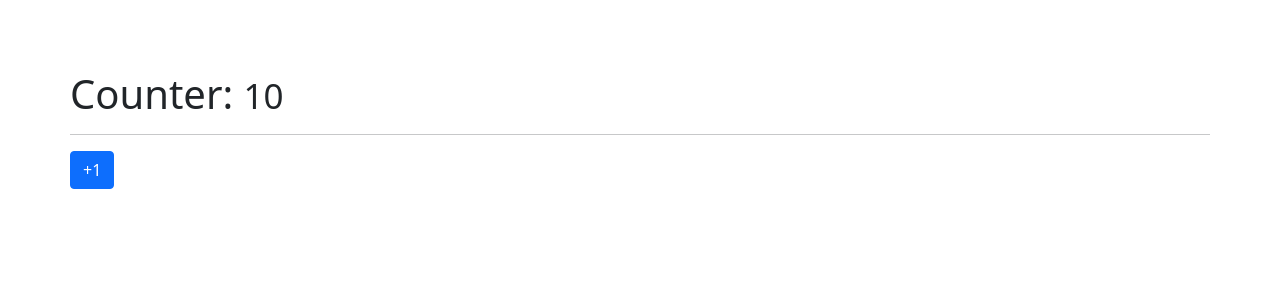
Repository: FlamesAlejandro/practicaReact
Page: /
An editor plug-in stored every save of this project. The page is shown before and after a run of saves, followed by the edit.
The browser window is 1280 px wide. The pictures show the whole page.
The project was rebuilt for these pictures with package versions that can differ from the ones it lists, and the page was loaded fresh each time.

Above is the page before, as saved 2021-06-02 20:49:54.

### public/index.html
<!DOCTYPE html>
<html lang="en">
  <head>
    <meta charset="utf-8" />
    <link rel="icon" href="%PUBLIC_URL%/favicon.ico" />
    <meta name="viewport" content="width=device-width, initial-scale=1" />
    <meta name="theme-color" content="#000000" />
    <meta
      name="description"
      content="Web site created using create-react-app"
    />

    <!--
      manifest.json provides metadata used when your web app is installed on a
      user's mobile device or desktop. See https://developers.google.com/web/fundamentals/web-app-manifest/
    -->
    <link rel="manifest" href="%PUBLIC_URL%/manifest.json" />
    <!--
      Notice the use of %PUBLIC_URL% in the tags above.
      It will be replaced with the URL of the `public` folder during the build.
      Only files inside the `public` folder can be referenced from the HTML.

      Unlike "/favicon.ico" or "favicon.ico", "%PUBLIC_URL%/favicon.ico" will
      work correctly both with client-side routing and a non-root public URL.
      Learn how to configure a non-root public URL by running `npm run build`.
    -->
       <!-- CSS only -->
<link href="https://cdn.jsdelivr.net/npm/bootstrap@5.0.1/dist/css/bootstrap.min.css" rel="stylesheet" integrity="sha384-+0n0xVW2eSR5OomGNYDnhzAbDsOXxcvSN1TPprVMTNDbiYZCxYbOOl7+AMvyTG2x" crossorigin="anonymous"></link>

    <title>Hooks App</title>
  </head>
  <body>
    <noscript>You need to enable JavaScript to run this app.</noscript>
    <div id="root"></div>
    <!--
      This HTML file is a template.
      If you open it directly in the browser, you will see an empty page.

      You can add webfonts, meta tags, or analytics to this file.
      The build step will place the bundled scripts into the <body> tag.

      To begin the development, run `npm start` or `yarn start`.
      To create a production bundle, use `npm run build` or `yarn build`.
    -->
  </body>
</html>

### src/index.js
import React from 'react';
import ReactDOM from 'react-dom';
// import { RealExampleRef } from './components/04-useRef/RealExampleRef';
// import { Layout } from './components/05-useLayoutEffect/LayoutEffect';
import { Memorize } from './components/06-memos/Memorize';
// import { FocusScreen } from './components/04-useRef/FocusScreen';
// import { MultipleCustomHook } from './components/03-examples/MultipleCustomHook';
// import { FormWithCustomHook } from './components/useEffect/FormWithCustomHook';
// import { SimpleForm } from './components/useEffect/SimpleForm';
// import { CounterApp } from './components/01-useState/CounterApp';
// import { CounterWithCustomHook } from './components/01-useState/CounterWithCustomHook';
// import { HookApp } from './HookApp';

ReactDOM.render(

    <Memorize />,

  document.getElementById('root')
);

### src/components/06-memos/Memorize.js
import React, { useState } from 'react';
import { useCounterM } from '../../hooks/useCounterM'
import '../02-useEffect/effect.css';
import { Small } from './small';


export const Memorize = () => {

    const { counter, increment } = useCounterM( 10 );
    const [show, setShow] = useState(true);

    return (
        <div>
            <h1>Counter: <Small value={ counter } /></h1>
            <hr />

            <button
                className="btn btn-primary"
                onClick={ increment }
            >
                +1
            </button>

        </div>
    )
}

### src/hooks/useCounterM.js
import { useState } from 'react';

export const useCounterM = (initialState = 10) => {

    const [counter, setCounter] = useState(initialState)

    const increment = (  ) => {
        setCounter( counter + 1 );
    }

    const decrement = (  ) => {
        setCounter( counter - 1 );
    }

    const reset = () => {
        setCounter( initialState );
    }

    return {
        counter,
        increment,
        decrement,
        reset
    };


}

### src/components/06-memos/small.js
import React from 'react'

export const Small = ({ value }) => {
    return (
        <small>
            { value }
        </small>
    )
}

Loaded but not shown: src/components/02-useEffect/effect.css (common file)

After the next 3 saves:
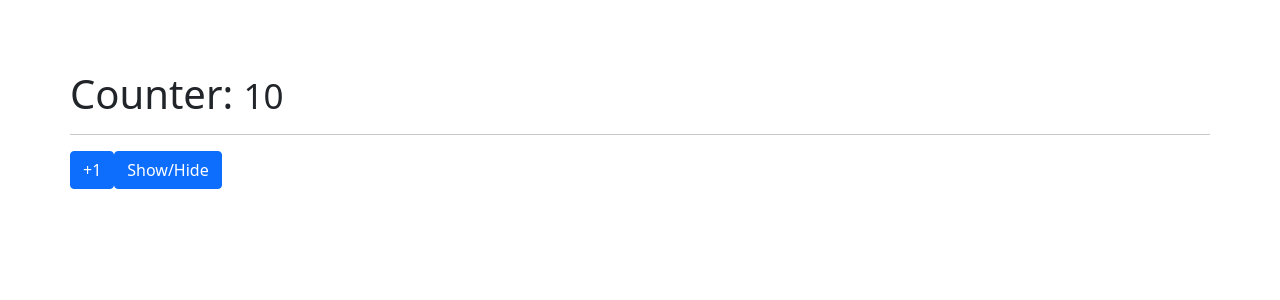
The 3 saves are shown as one change because they came seconds apart.
The last was saved 19 s later.
--- a/src/components/06-memos/Memorize.js
+++ b/src/components/06-memos/Memorize.js
@@ -21,6 +21,13 @@ export const Memorize = () => {
                 +1
             </button>
 
+            <button
+                className="btn btn-primary"
+                onClick={ increment }
+            >
+                Show/Hide {}
+            </button>
+
         </div>
     )
 }
